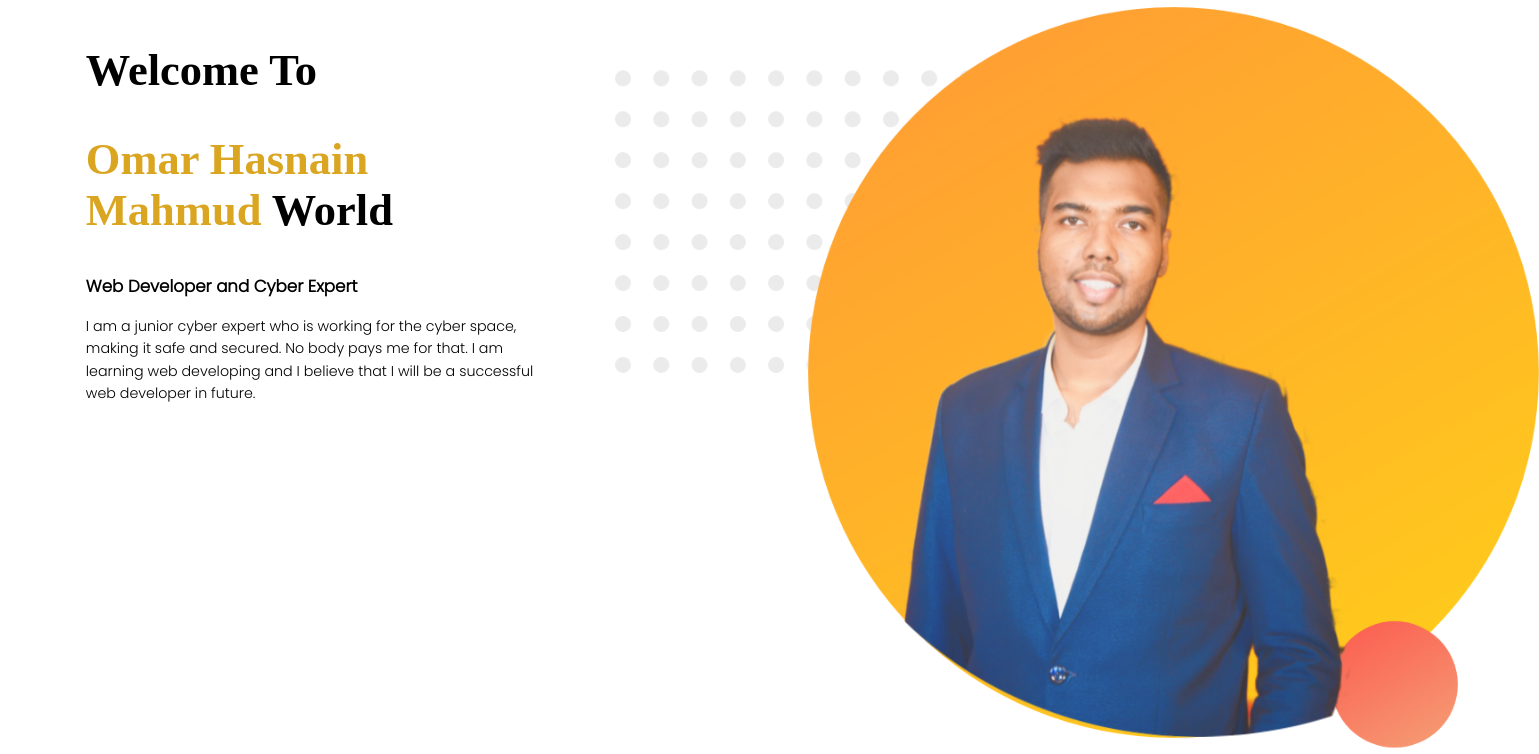
Repository: omarhasnain/web-portfolio
Page: index.html
The author's editor kept a copy of each file at every save. The page is drawn from the files as they stood at one save, then again after the next save.
The browser window is 1280 px wide. The page is 1729 px wide, then 1280 px, so the pictures cover 1729 px, including what lies to the right of the window. The pictures show the whole page, at 89% of full size.
Some web fonts or font styles are not loaded; a fallback is used.

Above is the page before, as saved 2021-01-05 21:01:19.

After the next save:
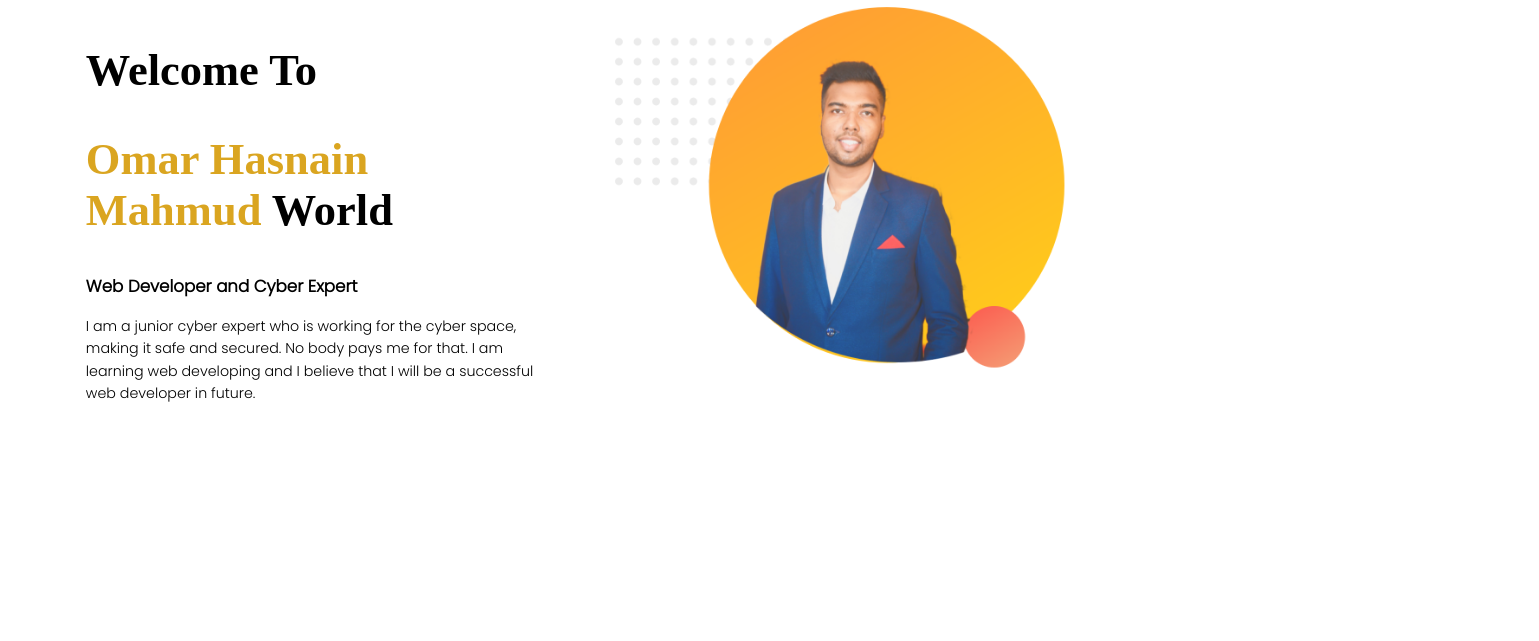
Saved 82 s later.
--- a/web portfolio style.css
+++ b/web portfolio style.css
@@ -18,3 +18,6 @@
     margin-left: 5%;
     padding-left: 2%;
 }
+.half-width img{
+    width: 100%;
+}
